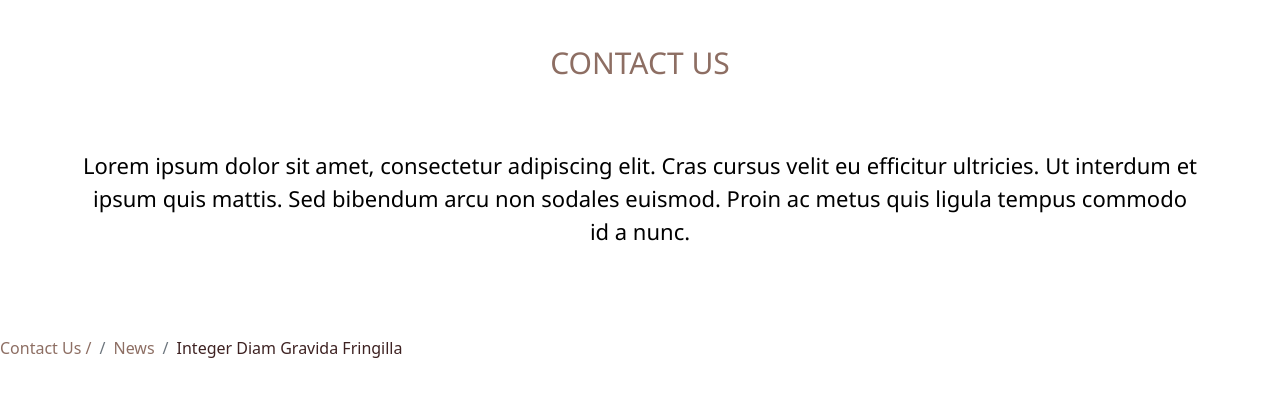
Repository: kaushalyaweerakoon/Plantation-Villa
Page: contact-us.html
These files come from the project's save history. The page is drawn as it stood at one moment and after the next save; the edit follows.
The browser window is 1280 px wide. The pictures show the whole page.
Some web fonts or font styles are not loaded; a fallback is used.

Above is the page before, as saved 2022-08-15 10:35:27.
Not found: assets/js/main.js

### contact-us.html
<!doctype html>
<html lang="en">

<head>
    <meta charset="utf-8">
    <meta name="viewport" content="width=device-width, initial-scale=1">

    <title>Plantation Villa| News Inner</title>

    <!-- Bootstrap css -->
    <link href="https://cdn.jsdelivr.net/npm/bootstrap@5.2.0-beta1/dist/css/bootstrap.min.css" rel="stylesheet"
        integrity="sha384-0evHe/X+R7YkIZDRvuzKMRqM+OrBnVFBL6DOitfPri4tjfHxaWutUpFmBp4vmVor" crossorigin="anonymous">

    <!-- fonts -->
    <link href="http://fonts.cdnfonts.com/css/segoe-ui-4" rel="stylesheet">
    <link rel="preconnect" href="https://fonts.googleapis.com">
    <link rel="preconnect" href="https://fonts.gstatic.com" crossorigin>

    <!-- swiperJS -->
    <link rel="stylesheet" href="https://unpkg.com/swiper@8/swiper-bundle.min.css" />

    <!-- custom css -->
    <link rel="stylesheet" href="asserts/css/main.css">

</head>

<body>

    <!-- Section - 2(Featured Collections) -->
    <section class="container mt-md-4 mt-3 mb-5 pb-4">
        <p class="title pt-3">CONTACT US</p>

        <div class="text-center" id="">
            <p class="text">
                Lorem ipsum dolor sit amet, consectetur adipiscing elit. Cras cursus velit eu efficitur ultricies. Ut
                interdum et ipsum quis mattis. Sed bibendum arcu non sodales euismod. Proin ac metus quis ligula tempus
                commodo id a nunc.
            </p>
        </div>
    </section>
    <!-- Breadcrumb -->
    <nav aria-label="" class="mt-5 mb-4 ">
        <ol class="breadcrumb">
            <li class="breadcrumb-item"><a href="index.html" class="breadcrumb-text fs-13-px text-font-family">Contact Us / </a>
            </li>
            <li class="breadcrumb-item"><a href="News.html" aria-current="page"
                    class="breadcrumb-text fs-13-px text-font-family">News</a></li>
            <li class="breadcrumb-item"><a href="Integer Diam Gravida Fringilla.html" aria-current="page"
                    class="breadcrumb-text active fs-13-px text-font-family">Integer Diam Gravida Fringilla</a>
            </li>
        </ol>
    </nav>
    <!--/ Breadcrumb -->




    <!-- bootstrap -->
    <script src="https://cdn.jsdelivr.net/npm/bootstrap@5.2.0-beta1/dist/js/bootstrap.bundle.min.js"
        integrity="sha384-pprn3073KE6tl6bjs2QrFaJGz5/SUsLqktiwsUTF55Jfv3qYSDhgCecCxMW52nD2"
        crossorigin="anonymous"></script>

    <!-- swiperJS -->
    <script src="https://unpkg.com/swiper@8/swiper-bundle.min.js"></script>

    <!-- custom script -->
    <script src="assets/js/main.js"></script>


</body>

</html>

### asserts/css/main.css
/* Call the root */
:root {
  --Lora-font: 'Lora';
  --Segoe-font: 'Segoe UI';

  --font-size-14px: 18px;
  --font-size-20px: 20px;
  --font-size-22px: 22px;
  --font-size-25px: 25px;
  --font-size-30px: 30px;
  --font-size-35px: 35px;
  --font-size-40px: 40px;

  --font-color-8d6e63: #8d6e63;
  --font-color-3e2222: #3e2222;
  --bggreen: #7d824a;
  --co-white: #ffffff;
}

/* Create clases for fronts */
.Lora-ff {
  font-family: var(--Lora-font);
}

.Segoe-ff {
  font-family: var(--Segoe-font);
}

/* Create clases for front sizes*/
.fs-18-px {
  font-size: var(--font-size-18px)
}

.fs-20-px {
  font-size: var(--font-size-20px)
}

.fs-22-px {
  font-size: var(--font-size-22px)
}

.fs-25-px {
  font-size: var(--font-size-22px)
}

.fs-30-px {
  font-size: var(--font-size-30px)
}

.fs-35-px {
  font-size: var(--font-size-35px)
}

.fs-40-px {
  font-size: var(--font-size-40px)
}

/* Color */
.txt-purple {
  color: var(--font-color-8d6e63)
}

.txt-red {
  color: var(--font-color-3e2222)
}

/* news inner */

/* Breadcrumb */
.breadcrumb-text {
  text-decoration: none;
  color: var(--font-color-8d6e63);
  font-weight: normal;
}

.breadcrumb-text.active {
  color: var(--font-color-3e2222);
  text-decoration: none;
  font-weight: normal;
}

.breadcrumb-text:hover {
  font-size: var(--font-size-35px);
  color: var(--font-color-8d6e63);
  text-decoration: none;
}

.newsinner-date {
  color: var(--font-color-8d6e63);
  font-family: var(--Segoe-font);
  font-size: var(--font-size-20px);
}

.newsinner-head {
  color: var(--font-color-3e2222);
  font-family: var(--Lora-font);
  font-size: 45px;
  font-weight: normal;
}

.newsinner-text{
  font-size: var(--font-size-22px);
  font-family: var(--Segoe-font);
}

/* @media (min-width: 320px) {
  br.responsive {
    display: none;
  }
} */

/* Heading */

.title {
  font-size: var(--font-size-30px);
  font-family: var(--Segoe-font);
  color: var(--font-color-8d6e63);
  text-align: center;
  margin-bottom: clamp(40px, 5vw, 71px);
}
.text{
  font-size: var(--font-size-22px);
  font-family: var(--Segoe-font);
  color: #000;
}

After the next save:
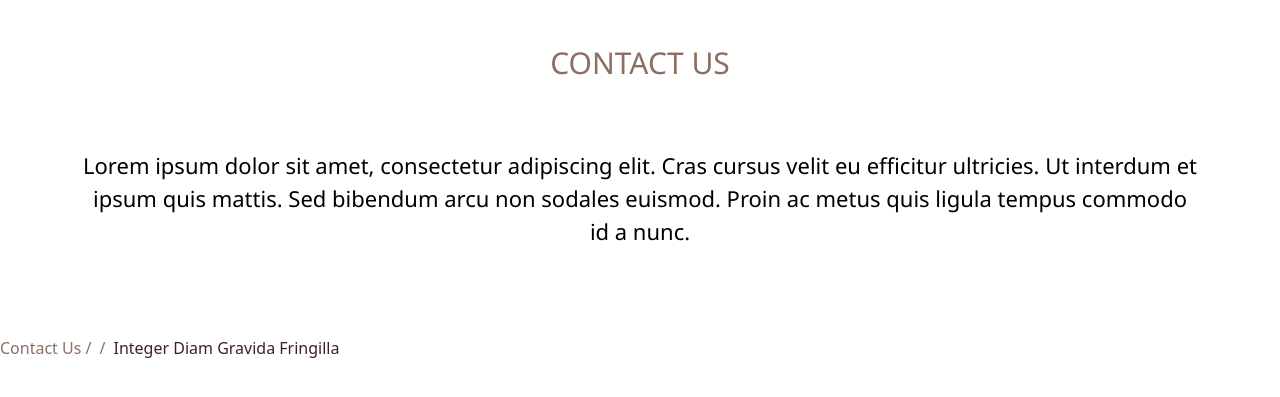
Saved 9 s later.
--- a/contact-us.html
+++ b/contact-us.html
@@ -42,9 +42,6 @@
     <nav aria-label="" class="mt-5 mb-4 ">
         <ol class="breadcrumb">
             <li class="breadcrumb-item"><a href="index.html" class="breadcrumb-text fs-13-px text-font-family">Contact Us / </a>
-            </li>
-            <li class="breadcrumb-item"><a href="News.html" aria-current="page"
-                    class="breadcrumb-text fs-13-px text-font-family">News</a></li>
             <li class="breadcrumb-item"><a href="Integer Diam Gravida Fringilla.html" aria-current="page"
                     class="breadcrumb-text active fs-13-px text-font-family">Integer Diam Gravida Fringilla</a>
             </li>
